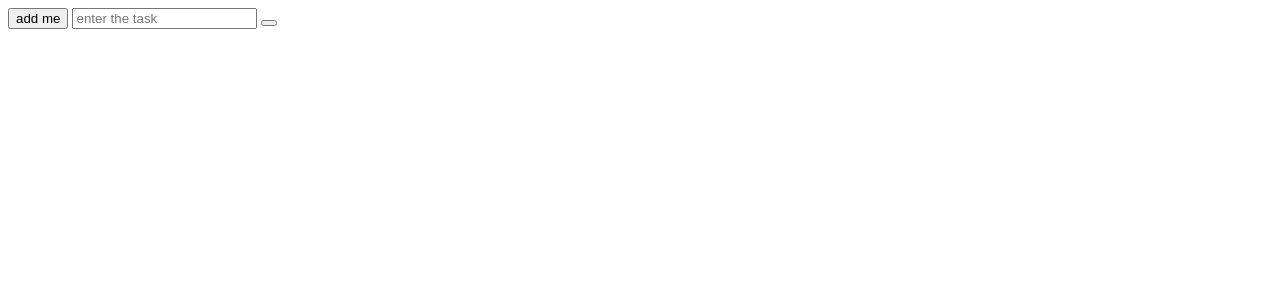
Repository: pawvan/amazonui
Page: index.html
The author's editor kept a copy of each file at every save. The page is drawn from the files as they stood at one save, then again after a run of saves.
The browser window is 1280 px wide. The pictures show the whole page.

Above is the page before, as saved 2025-01-01 13:27:53.
Console error: ReferenceError: Vue is not defined

After the next 5 saves:
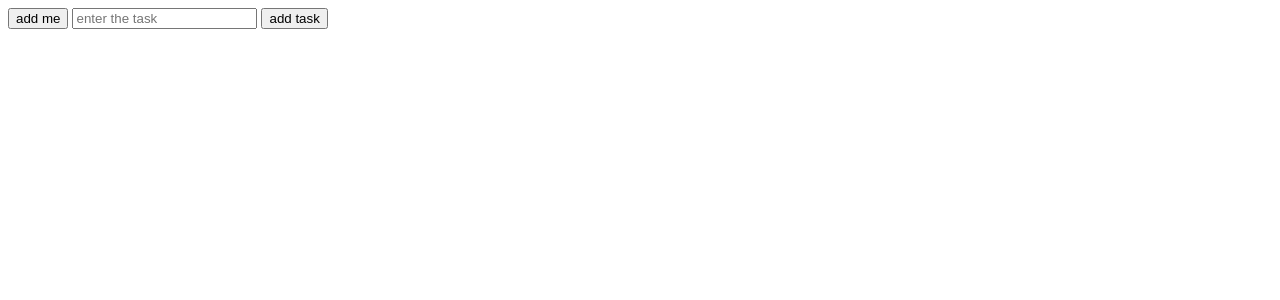
The 5 saves are shown as one change because they came seconds apart.
The last was saved 14 s later.
--- a/index.html
+++ b/index.html
@@ -8,7 +8,7 @@
 <body>
     <button @click="addtask" >add me</button>
 <input v-model="newtask"  placeholder="enter the task"/>
-<button ></button>
+<button @onclick="addTask">add task</button>
 <script>
     new Vue({
         el:"#app",
